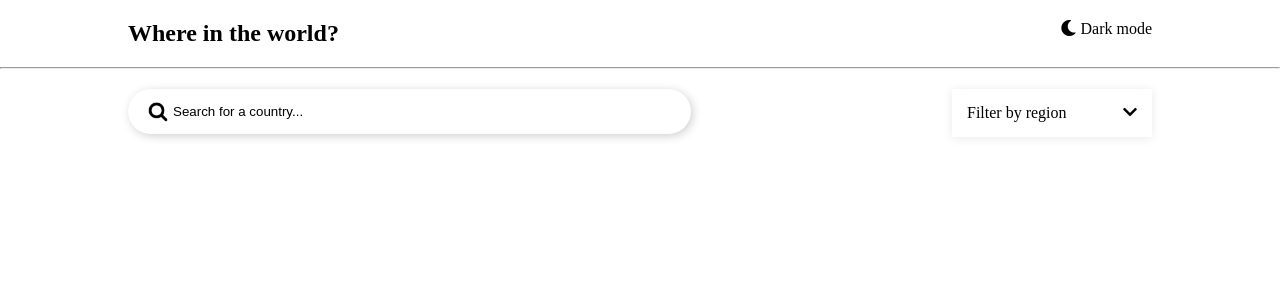
Repository: Eugene44-hub/countryProj
Page: index.html
The author's editor kept a copy of each file at every save. The page is drawn from the files as they stood at one save, then again after the next save.
The browser window is 1280 px wide. The pictures show the whole page.
The page's requests for data from a server got no answer.

Above is the page before, as saved 2021-10-10 08:13:27.

After the next save:
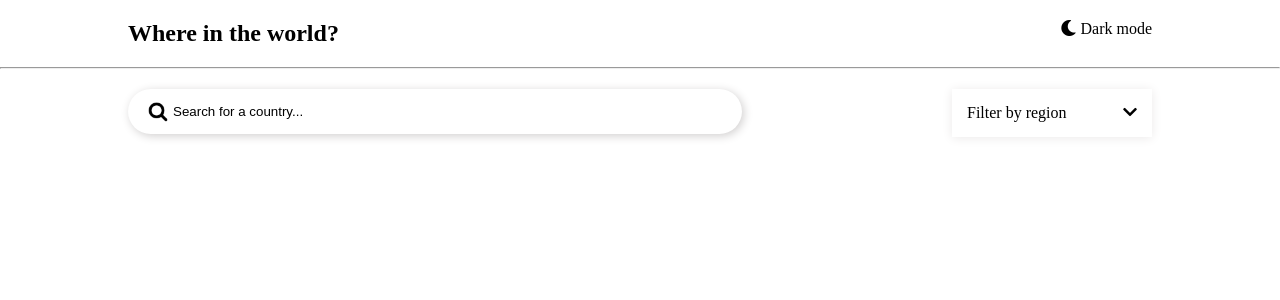
Saved 12 s later.
--- a/style.css
+++ b/style.css
@@ -130,7 +130,7 @@ li:hover {
 
 label[for=filter] {
     position: relative;
-    flex: 40%
+    flex: 30%
 }
 
 li,
